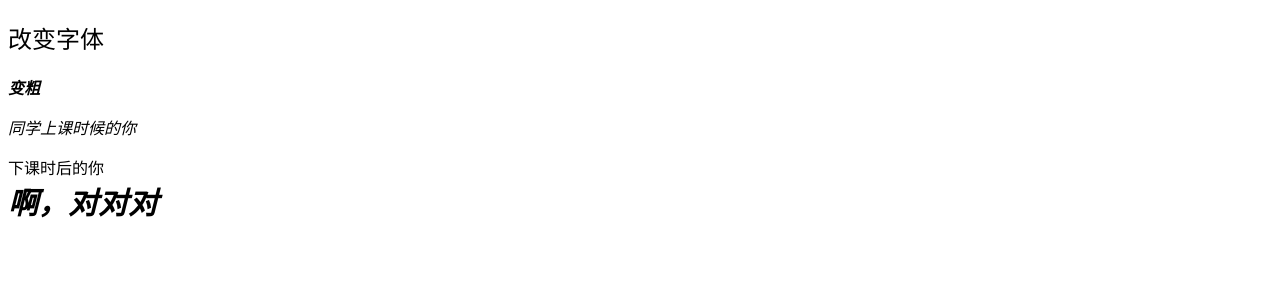
Repository: Qwenicq/My_project
Page: html/CSS_Learnin/03.html
The author's editor kept a copy of each file at every save. The page is drawn from the files as they stood at one save, then again after the next save.
The browser window is 1280 px wide. The pictures show the whole page.

Above is the page before, as saved 2023-03-30 22:42:07.

### html/CSS_Learnin/03.html
<!DOCTYPE html>
<html lang="zh-CN">
<head>
    <meta charset="UTF-8">
    <meta http-equiv="X-UA-Compatible" content="IE=edge">
    <meta name="viewport" content="width=device-width, initial-scale=1.0">
    <title>改变字体</title>
    <style>
        h2 {
            font-family: 'Microsoft Yahei', Arial, Helvetica, sans-serif;
            font-weight: 500;
        }
        .bold {
            font-weight: bold;
        }
        p {
            font-style: italic;
        }
        em {
            /* 将倾斜的字体修正回来 */
            font-style: normal;
        }
        /* div {
            font-style: italic;
            font-size: 30px;
            font-weight: 700;
            font-family: 'Microsoft yahei';
        } */
        div {
            /* 复合属性节约代码 不能颠倒顺序 */
            /* font: font-style font-weight font-size/line-height font-family */
            /* font-style font-family不能省略 */
            font: italic 700 30px 'Microsoft yahei';
        }
    </style>
</head>
<body>
    <h2>改变字体</h2>
    <p class="bold">变粗</p>
    <p>同学上课时候的你</p>
    <em>下课时后的你</em>
    <div>啊，对对对</div>
</body>
</html>

After the next save:
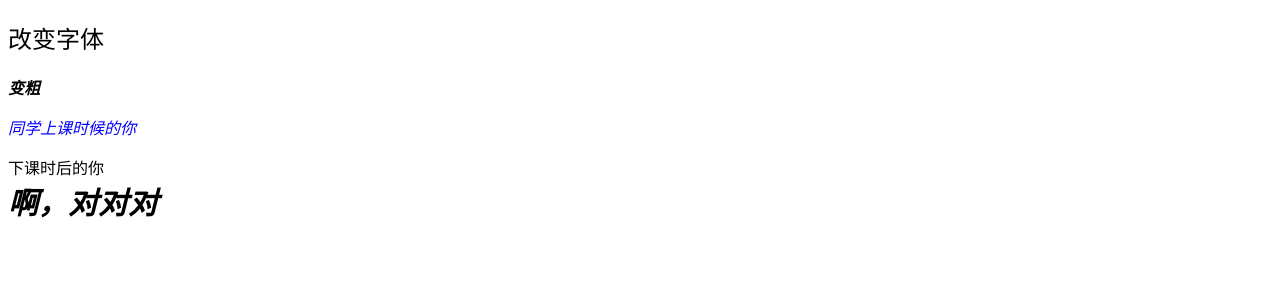
Saved 9 min 53 s later.
--- a/html/CSS_Learnin/03.html
+++ b/html/CSS_Learnin/03.html
@@ -37,7 +37,7 @@
 <body>
     <h2>改变字体</h2>
     <p class="bold">变粗</p>
-    <p>同学上课时候的你</p>
+    <p style="color: blue">同学上课时候的你</p>
     <em>下课时后的你</em>
     <div>啊，对对对</div>
 </body>
